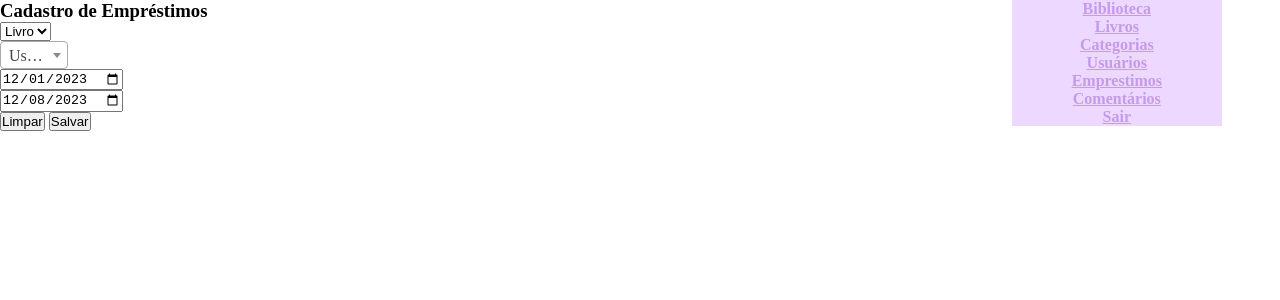
Repository: Matheus-Ghizoni/Rainbow-Library
Page: arcoiris/src/main/webapp/pages/admin/loan.html
These files come from the project's save history. The page is drawn as it stood at one moment and after the next save; the edit follows.
The browser window is 1280 px wide. The pictures show the whole page.
The page's requests for data from a server got no answer. Some web libraries are served in a nearby version.

Above is the page before, as saved 2023-12-06 17:51:29.
Console error: ReferenceError: jQuery is not defined

### arcoiris/src/main/webapp/pages/admin/loan.html
<html lang="en">

<head>
	<meta charset="UTF-8">
	<meta name="viewport" content="width=device-width, initial-scale=1.0">
	<link rel="stylesheet" href="../../css/admin.css">
	<link rel="stylesheet" type="text/css" href="../../css/jquery-ui.css">
	<link href="https://cdn.jsdelivr.net/npm/select2@4.1.0-beta.1/dist/css/select2.min.css" rel="stylesheet" />
	<script src="../../js/loan.js"></script>
	<script src="../../js/jquery-ui.js"></script>
	<script src="https://code.jquery.com/jquery-3.6.4.min.js"
		integrity="sha256-oP6HI9z1XaZNBrJURtCoUT5SUnxFr8s3BzRl+cbzUq8=" crossorigin="anonymous"></script>
	<script src="https://cdn.jsdelivr.net/npm/select2@4.1.0-beta.1/dist/js/select2.min.js"></script>
	<title>Loan</title>
</head>

<body>
	<!-- Menu -->
	<div class="menu">
		<div class="d-flex justify-content-center">
			<img class="menu-img" src="../../imgs/menu.png">
		</div>
	</div>
	<div class="modal-menu">
		<a href="library.html">Biblioteca</a> <br>
		<a href="book.html">Livros</a> <br>
		<a href="category.html">Categorias</a> <br>
		<a href="user.html">Usuários</a> <br>
		<a href="loan.html">Emprestimos</a> <br>
		<a href="comment.html">Comentários</a><br>
		<a href="../../index.html">Sair</a>
	</div>

	<!--	Modal Emprestimo  -->
	<h3>Cadastro de Empréstimos</h3>
	<form class="frmloan">
		<select name="type" class="selectBooks" id="selectBooks" onload="getAllBooks()">
			<option value="">Livro</option>
		</select><br>
		<select name="type" class="selectUsers" id="selectUsers" onload="getAllUsers()">
			<option value="">Usuário</option>
		</select><br>
		<input type="date" placeholder="Data de empréstimo" id="inputStartDateLoan"><br>
		<input type="date" placeholder="Prazo de Devolução" id="inputDeadlineDateLoan"><br>
		<button type="reset">Limpar</button>
		<button onclick="insertLoan()">Salvar</button>
	</form>

</body>
<script>
	$(document).ready(function () {
		$('.selectUsers').select2();
	});
</script>

</html>

### arcoiris/src/main/webapp/css/admin.css
/* Reset */
* {
	padding: 0;
	margin: 0;
	box-sizing: border-box;
}

/* Menu */
.menu {
	position: absolute;
	top: 30px;
	right: 130px;
}

.menu-img {
	width: 70px;
	height: 70px;
}

/* Menu Modal*/
.modal-menu {
	background: #EDD9FF;
	display: block;
	position: fixed;
	align-items: center;
	text-align: center;
	right: 58px;
}

.modal-menu a {
	color: #C49AE9;
	font-weight: bold;
	margin: 60px;
}

.edit {
	width: 16px;
	height: 16px;
}

### arcoiris/src/main/webapp/js/loan.js
document.addEventListener("DOMContentLoaded", function() {
	getStartDate();
	getDeadlineDate();
	getAllUsers();
});

function getStartDate() {
	let today = new Date();
	let date = today.getFullYear() + '-' +
		(today.getMonth() + 1).toString().padStart(2, '0') + '-' +
		today.getDate().toString().padStart(2, '0');
	document.getElementById('inputStartDateLoan').value = date;
}

function getDeadlineDate() {
	let today = new Date();
	let date = today.getFullYear() + '-' +
		(today.getMonth() + 1).toString().padStart(2, '0') + '-' +
		(today.getDate() + 7).toString().padStart(2, '0');
	document.getElementById('inputDeadlineDateLoan').value = date;
}

function getAllUsers() {
	$.ajax({
		type: "GET",
		url: "/arcoiris/rest/user/getAllUsers",
		success: function(data) {
			dados = JSON.parse(data);
			displayUsers(dados);
		},
		error: function(info) {
			alert("Erro ao buscar usuários: " + info.status + " - " + info.statusText);
		}
	})
}

function displayUsers(listUsers) {
	select = "#selectUsers";
	if (listUsers != "") {
		$(select).html("");
		var option = document.createElement("option");
		option.setAttribute("value", "");
		option.innerHTML = ("Selecione");
		$(select).append(option);

		for (var i = 0; i < listUsers.length; i++) {
			if (listUsers[i].status == 1) {
				var option = document.createElement("option");
				option.setAttribute("value", listUsers[i].CPF);
				option.innerHTML = (listUsers[i].name);
				$(select).append(option);
			}
		}

	} else {
		$(select).html("");

		var option = document.createElement("option");
		option.setAttribute("value", "");
		option.innerHTML = ("Cadastre um usuário primeiro!");
		$(select).append(option);
		$(select).addClass("aviso");
	}
}

function getAllBooks() {
	const title = "";
	$.ajax({
		type: "GET",
		url: "/arcoiris/rest/book/getAllBooks",
		data: "title=" + title,
		success: function(dados) {
			dados = JSON.parse(dados);
			displayBooks(dados);
		},
		error: function(info) {
			alert("Erro ao buscar livros: " + info.status + " - " + info.statusText);
		}
	})
}

function displayBooks(listBooks) {
	select = "#selectBooks";
	if (listBooks != "") {
		$(select).html("");
		var option = document.createElement("option");
		option.setAttribute("value", "");
		option.innerHTML = ("Selecione");
		$(select).append(option);

		for (var i = 0; i < listBooks.length; i++) {
			if (listBooks[i].status == 1) {
				var option = document.createElement("option");
				option.setAttribute("value", listBooks[i].code);
				option.innerHTML = (listBooks[i].name);
				$(select).append(option);
			}
		}

	} else {
		$(select).html("");

		var option = document.createElement("option");
		option.setAttribute("value", "");
		option.innerHTML = ("Cadastre um livro primeiro!");
		$(select).append(option);
		$(select).addClass("aviso");
	}
}

function insertLoan() {
	const bookLoan = document.getElementById("inputBookLoan");
	const userLoan = document.getElementById("inputUserLoan");
	const deadlineDateLoan = document.getElementById("inputDeadlineDateLoan");

	const loan = {
		book: bookLoan.value,
		user: userLoan.value,
		startDate: startDateLoan.value,
		deadlineDate: deadlineDateLoan.value
	};

	if ((loan.book == "") || (loan.user == "") || (loan.startDate == "") || (loan.deadlineDate == "")) {
		alert("Preencha todos os campos!");
	} else {
		$.ajax({
			type: "POST",
			url: "/arcoiris/rest/loan/insert",
			data: JSON.stringify(loan),
			success: function(msg) {
				alert(msg);
				$("#frmloan").trigger("reset");
			},
			error: function(info) {
				alert("Erro realizar um novo empréstimo: " + info.status + " - " + info.statusText);
			}
		});
	}
}

Loaded but not shown: arcoiris/src/main/webapp/css/jquery-ui.css (library); arcoiris/src/main/webapp/js/jquery-ui.js (library)

After the next save:
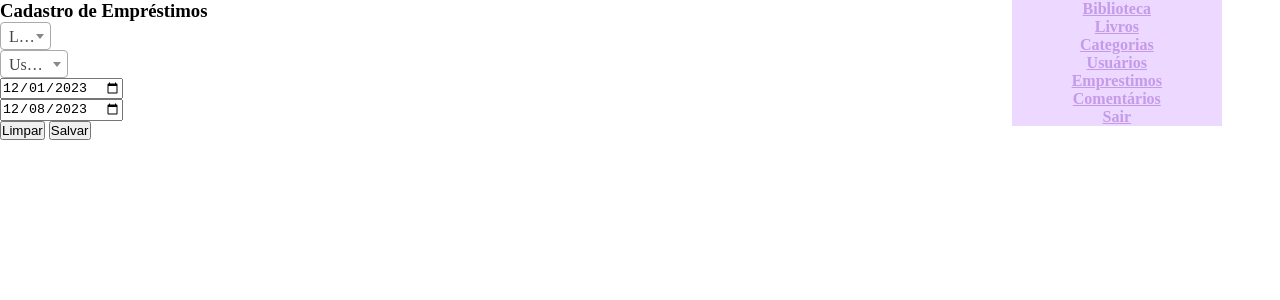
Saved 34 s later.
--- a/arcoiris/src/main/webapp/pages/admin/loan.html
+++ b/arcoiris/src/main/webapp/pages/admin/loan.html
@@ -50,6 +50,7 @@
 <script>
 	$(document).ready(function () {
 		$('.selectUsers').select2();
+		$('.selectBooks').select2();
 	});
 </script>
 
